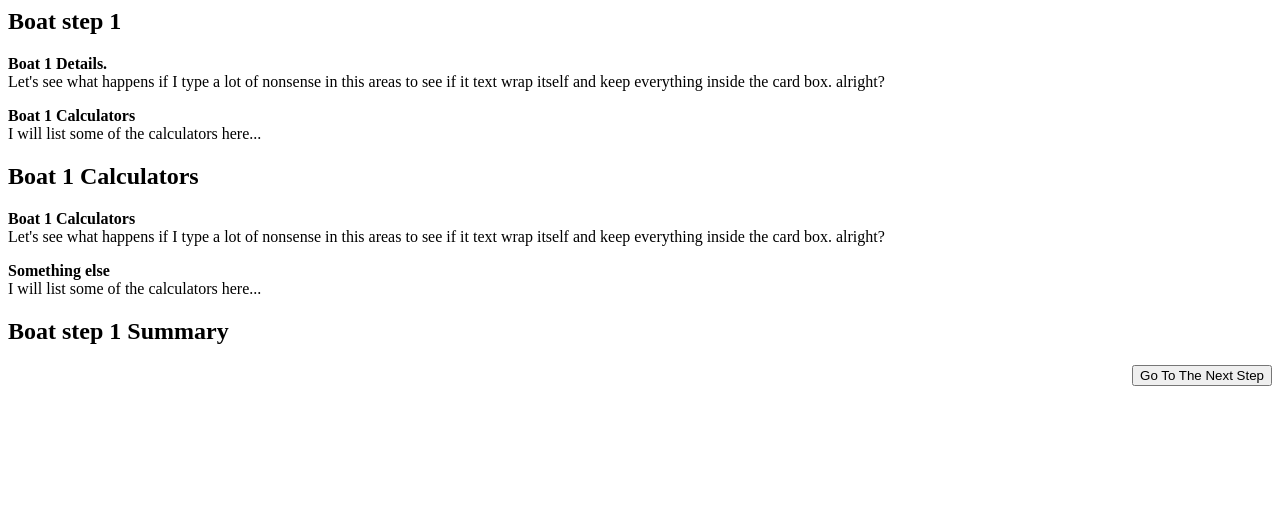
Repository: DevZubair/ionic-test
Page: www/templates/boat1.html
The author's editor kept a record of every edit. The page is drawn from the files as they stood at one moment, then again after the next edit.
The browser window is 1280 px wide. The pictures show the whole page.

Above is the page before.

After the next edit:
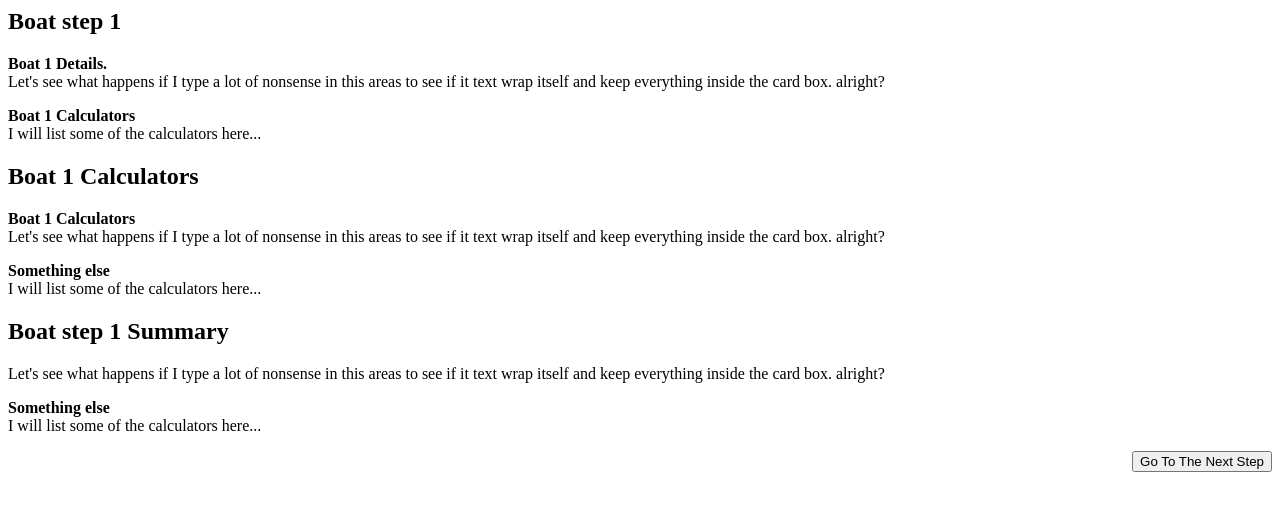
The edit:
--- a/www/templates/boat1.html
+++ b/www/templates/boat1.html
@@ -40,6 +40,16 @@
         <h2>Boat step 1 Summary</h2>
       </div>
 
+            <div class="item item-text-wrap">
+        <p>
+        Let's see what happens if I type a lot of nonsense in this areas to see if it text wrap itself and keep everything inside the card box. alright? </p>
+        <p></p>
+
+        <p><b>Something else</b><br>
+        I will list some of the calculators here...
+        </p>
+      </div>
+
     </div >
 
     <div class="padding">
